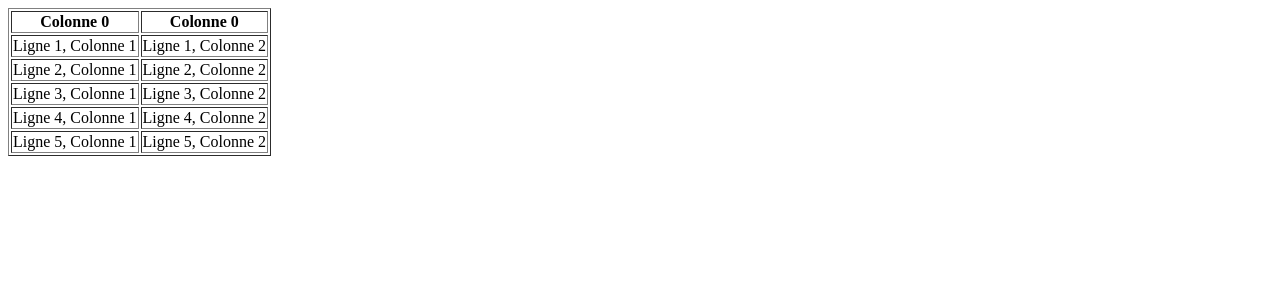
Repository: Chaimaa482/web-tp4
Page: ex1.html
These files come from the project's save history. The page is drawn as it stood at one moment and after the next save; the edit follows.
The browser window is 1280 px wide. The pictures show the whole page.

Above is the page before, as saved 2023-10-22 16:30:36.
Console error: SyntaxError: Unexpected token 'var'

### ex1.html
<!DOCTYPE html>
<html>
<style>
</style>
<body>
    <table border="1">
        <tr>
            <th>Colonne 0</th>
            <th>Colonne 0</th>
        </tr>
        <tr>
            <td>Ligne 1, Colonne 1</td>
            <td>Ligne 1, Colonne 2</td>
        </tr>
        <tr>
            <td>Ligne 2, Colonne 1</td>
            <td>Ligne 2, Colonne 2</td>
        </tr>
        <tr>
            <td>Ligne 3, Colonne 1</td>
            <td>Ligne 3, Colonne 2</td>
        </tr>
        <tr>
            <td>Ligne 4, Colonne 1</td>
            <td>Ligne 4, Colonne 2</td>
        </tr>
        <tr>
            <td>Ligne 5, Colonne 1</td>
            <td>Ligne 5, Colonne 2</td>
        </tr>
    </table>

    <script>
        var table = document.getElementsByTagName('table');
        var cells = document.getElementsByTagName("td");

        // Donner une couleur de fond rose aux lignes paires et beige aux lignes impaires
        var rows = document.querySelectorAll("tr");
        for (var i = 1; i < rows.length; i++) {
            if (i % 2 === 0) {
                rows[i].style.backgroundColor = "pink";
            } else {
                rows[i].style.backgroundColor = "beige";
            }
        }

        // Donner une classe col1 aux colonnes paires et col2 aux colonnes impaires
        for (var i = 0; i < cells.length; i++) {
            if (i % 2 === 0) {
                cells[i].style.color= 'black';
            } else {
                cells[i].style.color= 'red';
            }
        }
        //fusionner la premiere line
        var row = document.querySelector('table tr:first-child');
        row.cells[0].colSpan=2;
        row.removeChild(row.cells[1]);


        //delete bordure
        row[1].
        for (var i = 0; i < cells.length; i++) {
            cells[i].style.border = "none";
            cells[i].style.padding='10px'
        }

    </script>
</body>
</html>

After the next save:
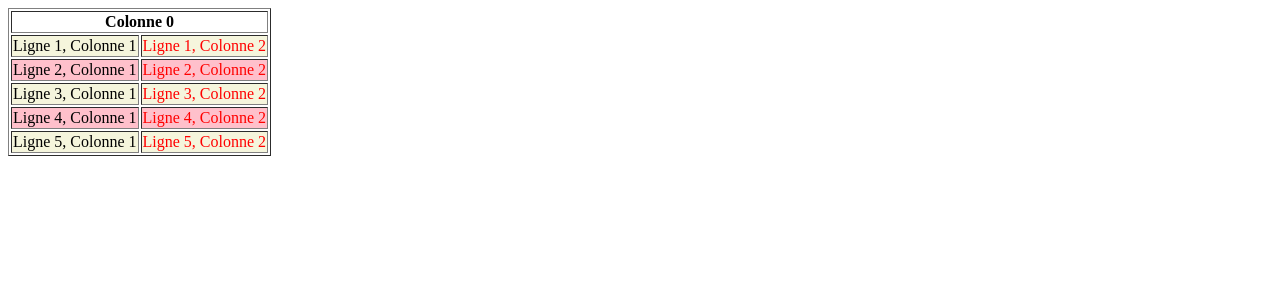
Console error: TypeError: Cannot read properties of undefined (reading 'style')
Saved 7 s later.
--- a/ex1.html
+++ b/ex1.html
@@ -59,7 +59,7 @@
 
 
         //delete bordure
-        row[1].
+        row[1].style.border = "none";
         for (var i = 0; i < cells.length; i++) {
             cells[i].style.border = "none";
             cells[i].style.padding='10px'
